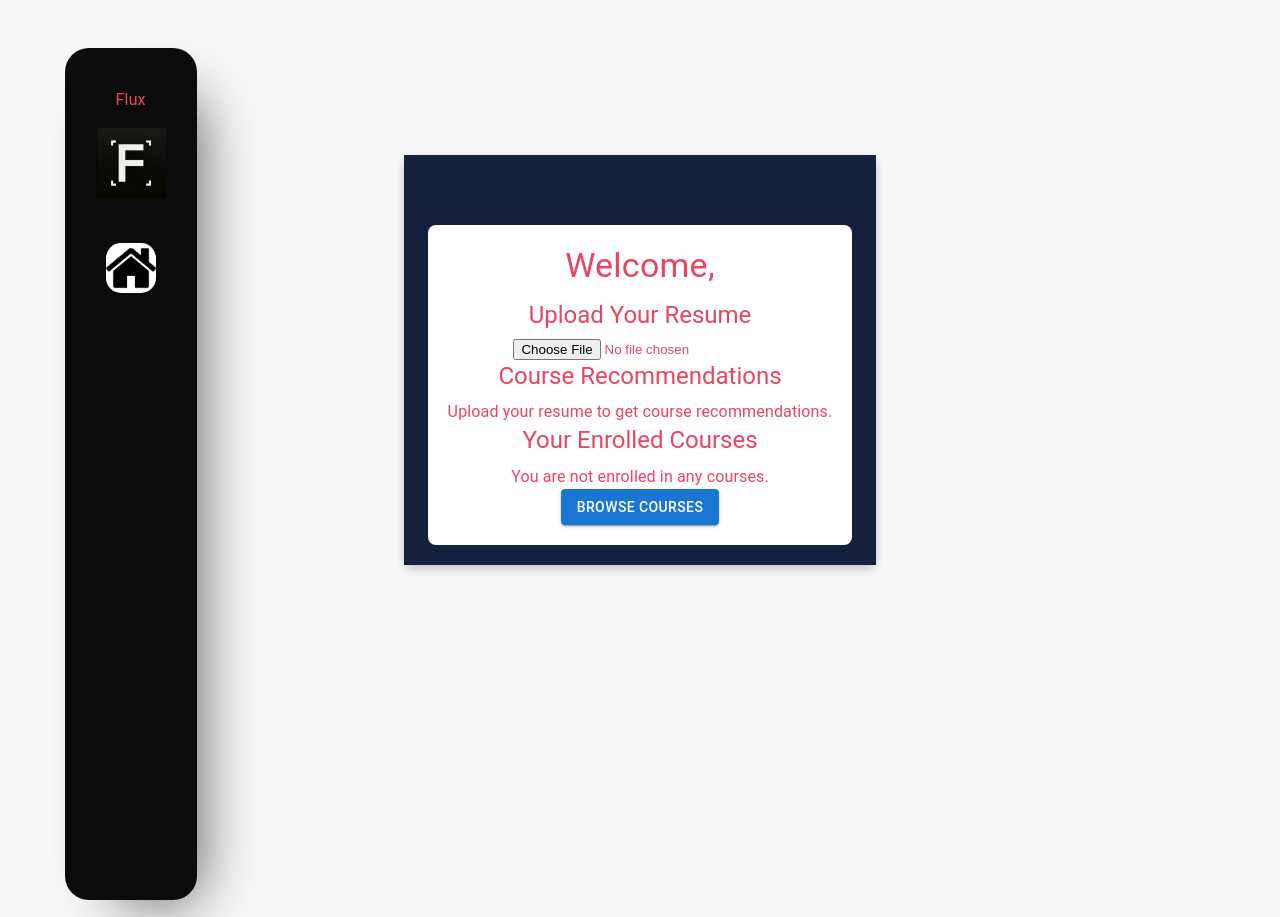
Repository: jvt2/OnlineCourseApp
Page: /dashboard
The author's editor kept a copy of each file at every save. The page is drawn from the files as they stood at one save, then again after the next save.
The browser window is 1280 px wide. The pictures show the whole page.
The page's requests for data from a server got no answer. The project was rebuilt for these pictures with package versions that can differ from the ones it lists, and the page was loaded fresh each time. No one was signed in, and anything a server would have sent is missing. Also part of the build but not shown: src/features/auth/Register.js, src/features/auth/Login.js, src/features/courses/ResumeUpload.js, src/features/courses/CourseRecommendations.js, src/components/common/MyModal.js, src/features/courses/CourseCatalog.js, src/features/courses/CourseDetail.js, src/components/common/Navbar.js and 3 more. Imported but missing from the stored project, and not drawn on this page: src/app/reportWebVitals.

Above is the page before, as saved 2024-07-15 08:53:56.

### src/index.js
import React from 'react';
import ReactDOM from 'react-dom/client';
import { Provider } from 'react-redux';
import store from './redux/store';
import './index.css';
import App from './app/App';
import reportWebVitals from './app/reportWebVitals';

const root = ReactDOM.createRoot(document.getElementById('root'));
root.render(
  <React.StrictMode>
    <App />
  </React.StrictMode>
);

// If you want to start measuring performance in your app, pass a function
// to log results (for example: reportWebVitals(console.log))
// or send to an analytics endpoint. Learn more: https://bit.ly/CRA-vitals
reportWebVitals();

### src/redux/store.js
// src/redux/store.js

import { configureStore } from '@reduxjs/toolkit';
import userReducer from './userReducer';

const store = configureStore({
  reducer: {
    user: userReducer,
  },
});

export default store;

### src/app/App.js
import { BrowserRouter as Router, Route, Routes } from 'react-router-dom';
import React, { useState } from 'react';
import logo from '../logo.svg';
import './App.css';
import Register from '../features/auth/Register';
import Login from '../features/auth/Login';
import CourseCatalog from '../features/courses/CourseCatalog';
import CourseDetail from '../features/courses/CourseDetail';
import UserDashboard from '../features/dashboard/Dashboard';
import Navbar from '../components/common/Navbar';
import { Provider } from 'react-redux';
import store from '../redux/store'; // import your Redux store here
import Logout from '../features/auth/Logout'; // Import the Logout component
import Chatbot from '../features/chatbot/Chatbot';
import CourseRecommendations from '../features/courses/CourseRecommendations';
import axios from 'axios';
import ResumeUpload from '../features/courses/ResumeUpload';
import LandingPage from '../components/common/LandingPage';

function App() {
  const [loggedIn, setLoggedIn] = useState(false);
  const [users, setUsers] = useState([]);
  const [currentUser, setCurrentUser] = useState(null);
  const [recommendations, setRecommendations] = useState([]);

  const handleResumeUpload = (newRecommendations) => {
    console.log('New Recommendations:', newRecommendations);
    setRecommendations(newRecommendations);
  };

  const [courses, setCourses] = useState([
    {id: 1, name: 'Course 1', description: 'This is course 1'},
    {id: 2, name: 'Course 2', description: 'This is course 2'}
  ]);

  const handleRegister = async (username, password) => {
    try {
      const response = await axios.post('http://localhost:3001/register', { username, password });
      alert(response.data.message);
      // Log in the new user if registration is successful
      handleLogin(username, password);
    } catch (error) {
      alert(error.response.data.message);
    }
  };

  const handleLogin = async (username, password) => {
    try {
      const response = await axios.post('http://localhost:3001/login', { username, password });
      localStorage.setItem('token', response.data.token);
      setLoggedIn(true);
      setCurrentUser({ username });
    } catch (error) {
      alert('Login failed. Please check your username and password.');
    }
  };

  const handleEnroll = async (course) => {
    try {
      const token = localStorage.getItem('token');
      await axios.post('http://localhost:3001/enroll', { courseId: course.id }, {
        headers: { 'Authorization': `Bearer ${token}` }
      });
      setEnrolledCourses([...enrolledCourses, course]);
    } catch (error) {
      console.error('Enrollment failed', error);
    }
  };

  const [enrolledCourses, setEnrolledCourses] = useState([]);
  const [isModalOpen, setIsModalOpen] = useState(false);

  const handleSelectRecommendation = (recommendation) => {
    const newCourse = {
      id: courses.length + 1,
      name: recommendation.text,
      description: 'This is a recommended course based on your resume.'
    };

    setCourses([...courses, newCourse]);
    setEnrolledCourses([...enrolledCourses, newCourse]);
    setIsModalOpen(false);
  };

  return (
    <Provider store={store}>
      <Router>
        <div className="App">
          <Routes>
            <Route path="/" element={<LandingPage />} />
            <Route path="/register" element={<Register />} />
            <Route path="/login" element={<Login />} />
            <Route path="/dashboard" element={<UserDashboard />} /> {/* Added this line */}
          </Routes>
        </div>
      </Router>
    </Provider>
  );
}

export default App;

### src/redux/userReducer.js
// src/redux/userReducer.js
// src/redux/userReducer.js
import { createSlice } from '@reduxjs/toolkit';

const initialState = {
  id: null,
  email: null,
  token: null,
};

const userSlice = createSlice({
  name: 'user',
  initialState,
  reducers: {
    logIn(state, action) {
      state.id = action.payload.id;
      state.email = action.payload.email;
      state.token = action.payload.token;
    },
    logOut(state) {
      state.id = null;
      state.email = null;
      state.token = null;
    },
  },
});

export const { logIn, logOut } = userSlice.actions;
export default userSlice.reducer;

### src/app/App.css
/* App.css */
:root {
  --primary-bg-color: #1E1E2F;
  --secondary-bg-color: #282840;
  --primary-text-color: #F5F5F5;
  --link-color: #61dafb;
  --accent-color: #FF6B6B;
  --navbar-height: 4rem;
  --content-padding: 20px;
  --border-radius: 8px;
  --transition-duration: 0.3s;
  --gradient-bg-color: linear-gradient(120deg, #84fab0 0%, #8fd3f4 100%);
}

.App {
  text-align: center;
  font-family: 'Arial', sans-serif;
  background-color: var(--primary-bg-color);
}

.App-logo {
  height: 40vmin;
  pointer-events: none;
  filter: drop-shadow(0 0 10px var(--accent-color));
}

.App-header {
  background-color: var(--secondary-bg-color);
  min-height: 100vh;
  display: flex;
  flex-direction: column;
  align-items: center;
  justify-content: center;
  font-size: calc(10px + 2vmin);
  color: var(--primary-text-color);
  border-bottom-left-radius: var(--border-radius);
  border-bottom-right-radius: var(--border-radius);
}

.App-link {
  color: var(--link-color);
  transition: color var(--transition-duration);
}

.App-link:hover {
  color: var(--accent-color);
}

@media (prefers-reduced-motion: no-preference) {
  .App-logo {
    animation: App-logo-spin infinite 20s linear;
  }
}

@keyframes App-logo-spin {
  from {
    transform: rotate(0deg);
  }
  to {
    transform: rotate(360deg);
  }
}

.site-navbar {
  display: flex;
  align-items: center;
  background: var(--gradient-bg-color);
  padding: 10px 20px;
  height: var(--navbar-height);
  font-weight: 500;
  box-shadow: 0 4px 6px rgba(0, 0, 0, 0.1);
}

.navbar-nav {
  display: flex;
  align-items: center;
  list-style: none;
  margin: 0;
  padding: 0;
  flex-grow: 1;
  justify-content: center;
}

.nav-item {
  display: flex;
  align-items: center;
  justify-content: center;
  text-decoration: none;
  color: var(--primary-text-color);
  padding: 15px 25px;
  transition: all 0.3s ease-in-out;
  border-radius: var(--border-radius);
  position: relative;
}

.nav-item:before {
  content: '';
  position: absolute;
  top: 0;
  left: 0;
  width: 0;
  height: 100%;
  background: var(--accent-color);
  border-radius: var(--border-radius);
  transition: width 0.3s ease-in-out;
  z-index: -1;
}

.nav-item:hover:before {
  width: 100%;
}

.nav-item:hover {
  color: var(--secondary-bg-color);
  box-shadow: 0 4px 8px rgba(0, 0, 0, 0.2);
  text-decoration: none;
}

.navbar-brand {
  margin-right: auto;
  color: var(--primary-text-color);
  font-size: 1.5em;
  font-weight: bold;
}

.App-content {
  padding: var(--content-padding);
  color: var(--primary-text-color);
}

.App-footer {
  text-align: center;
  padding: var(--content-padding);
  background-color: var(--secondary-bg-color);
  color: var(--primary-text-color);
  box-shadow: 0 -4px 6px rgba(0, 0, 0, 0.1);
}

.course-recommendations {
  width: 80%;
  margin: auto;
  background: #f9f9f9;
  padding: 20px;
  border-radius: 5px;
  box-shadow: 0px 0px 10px rgba(0, 0, 0, 0.1);
}

.course-recommendations h2 {
  text-align: center;
  color: #333;
}

.course-recommendations .course {
  padding: 10px 0;
  border-bottom: 1px solid #eee;
}

.course-recommendations .course:last-child {
  border-bottom: none;
}

.course-recommendations .course button {
  margin-left: 10px;
}

body {
  background-color: #1a1a2e;
  color: #e94560;
}

.MuiContainer-root {
  background-color: #16213e;
  border-radius: 8px;
  padding: 20px;
  box-shadow: 0 4px 8px rgba(0, 0, 0, 0.2);
}

.customTextField .MuiInputBase-input {
  color: #fff;
  background-color: rgba(255, 255, 255, 0.1);
}

.customTextField .MuiInputLabel-root {
  color: rgba(255, 255, 255, 0.7);
}

.customTextField .MuiInputLabel-root.Mui-focused {
  color: #fff;
}

.customTextField .MuiOutlinedInput-root {
  &.Mui-focused .MuiOutlinedInput-notchedOutline {
    border-color: #fff;
  }
  & .MuiOutlinedInput-notchedOutline {
    border-color: rgba(255, 255, 255, 0.5);
  }
}

### src/features/dashboard/Dashboard.js
// src/features/dashboard/Dashboard.js
import React, { useEffect, useState } from 'react';
import axios from 'axios';
import { useSelector } from 'react-redux';
import { Container, Typography, Button, Box, List, ListItem, ListItemText } from '@mui/material';
import { useNavigate } from 'react-router-dom';
import './Dashboard.css'; // Correct import for CSS

function Dashboard() {
  const [enrolledCourses, setEnrolledCourses] = useState([]);
  const [recommendations, setRecommendations] = useState([]);
  const token = useSelector(state => state.user.token);
  const userId = useSelector(state => state.user.id);
  const userEmail = useSelector(state => state.user.email);
  const navigate = useNavigate();

  useEffect(() => {
    const fetchEnrolledCourses = async () => {
      try {
        const response = await axios.get(`http://localhost:3001/user/${userId}/courses`, {
          headers: { Authorization: `Bearer ${token}` }
        });
        setEnrolledCourses(response.data);
      } catch (error) {
        console.error('Error fetching enrolled courses:', error);
      }
    };

    const fetchRecommendations = async () => {
      try {
        const response = await axios.get(`http://localhost:3001/user/${userId}/recommendations`, {
          headers: { Authorization: `Bearer ${token}` }
        });
        setRecommendations(response.data);
      } catch (error) {
        console.error('Error fetching recommendations:', error);
      }
    };

    fetchEnrolledCourses();
    fetchRecommendations();
  }, [userId, token]);

  const handleResumeUpload = async (event) => {
    const formData = new FormData();
    formData.append('resume', event.target.files[0]);

    try {
      const response = await axios.post('http://localhost:3001/uploadResume', formData, {
        headers: {
          'Content-Type': 'multipart/form-data',
          Authorization: `Bearer ${token}`,
        },
      });
      setRecommendations(response.data.recommendations);
    } catch (error) {
      console.error('Error uploading resume:', error);
    }
  };

  return (
    <Container component="main" maxWidth="md">
      <Box className="sidebar">
        <div className="sidebar-blur"></div>
        <div className="sidebar-main">
          <Typography className="sidebar-logo">Flux</Typography>
          <div className="sidebar-icon icon-home"></div>
          <div className="sidebar-icon icon-graduation"></div>
          <div className="sidebar-icon icon-user"></div>
          <div className="sidebar-icon icon-message"></div>
          <div className="sidebar-icon icon-settings"></div>
          <div className="sidebar-icon icon-logout"></div>
        </div>
      </Box>
      <Box className="dashboard-container">
        <Typography className="dashboard-header" variant="h4" gutterBottom>
          Welcome, {userEmail}
        </Typography>
        <Box className="upload-container">
          <Typography variant="h5" gutterBottom>
            Upload Your Resume
          </Typography>
          <input type="file" onChange={handleResumeUpload} accept=".pdf,.doc,.docx,.txt" />
        </Box>
        <Box className="recommendations-container">
          <Typography variant="h5" gutterBottom>
            Course Recommendations
          </Typography>
          {recommendations.length > 0 ? (
            <List>
              {recommendations.map((rec, index) => (
                <ListItem key={index}>
                  <ListItemText primary={rec.title} secondary={rec.description} />
                </ListItem>
              ))}
            </List>
          ) : (
            <Typography variant="body1">Upload your resume to get course recommendations.</Typography>
          )}
        </Box>
        <Box className="enrolled-courses-container">
          <Typography variant="h5" gutterBottom>
            Your Enrolled Courses
          </Typography>
          {enrolledCourses.length > 0 ? (
            <List>
              {enrolledCourses.map(course => (
                <ListItem key={course.id}>
                  <ListItemText primary={course.name} />
                </ListItem>
              ))}
            </List>
          ) : (
            <Typography variant="body1">You are not enrolled in any courses.</Typography>
          )}
        </Box>
        <Box className="button-container">
          <Button variant="contained" color="primary" onClick={() => navigate('/courses')}>
            Browse Courses
          </Button>
        </Box>
      </Box>
    </Container>


  );
}

export default Dashboard;

### src/features/auth/Logout.js
// Logout.js
import { useEffect } from 'react';
import { useDispatch } from 'react-redux';
import { useNavigate } from 'react-router-dom';
import { logOut } from '../../redux/reducers/userslice'; // Import the logOut action

function Logout() {
  const navigate = useNavigate();
  const dispatch = useDispatch();

  useEffect(() => {
    localStorage.removeItem('token'); // Remove the token from local storage
    dispatch(logOut()); // Dispatch the logOut action
    navigate('/login'); // Navigate to the login page
  }, [dispatch, navigate]);

  return null;
}

export default Logout;

### src/components/common/LandingPage.css
body {
    display: flex;
    justify-content: center;
    align-items: center;
    height: 100vh;
    background-color: #f7f7f7;
    margin: 0;
    font-family: 'Roboto', sans-serif;
  }

  .sign-in-container {
    display: flex;
    justify-content: center;
    align-items: center;
    height: 100%;
    width: 100%;
  }

  .sign-in-form {
    background-color: white;
    padding: 60px;
    border-radius: 10px;
    box-shadow: 0 4px 8px rgba(0, 0, 0, 0.1);
    text-align: center;
    max-width: 600px;
    width: 90%;
  }

  .logo {
    width: 200px;
    height: 200px;
    margin-bottom: 30px;
    background-color: white;
    border-radius: 10px;
  }

  h1 {
    margin: 0;
    font-size: 32px;
    font-weight: 700;
  }

  .subtitle {
    margin: 10px 0;
    color: #555;
    font-size: 18px;
  }

  .google-sign-in {
    background-color: #ffffff;
    color: #000;
    border: 1px solid #ccc;
    padding: 15px;
    width: 100%;
    border-radius: 5px;
    margin-bottom: 30px;
    display: flex;
    justify-content: center;
    align-items: center;
    cursor: pointer;
    font-size: 18px;
    font-weight: 500;
    transition: background-color 0.3s;
  }

  .google-sign-in:hover {
    background-color: #f0f0f0;
  }

  .google-logo {
    width: 25px;
    margin-right: 10px;
  }

  .separator {
    display: flex;
    align-items: center;
    text-align: center;
    margin: 30px 0;
    color: #aaa;
    font-size: 18px;
  }

  .separator::before,
  .separator::after {
    content: '';
    flex: 1;
    border-bottom: 1px solid #ccc;
  }

  .separator:not(:empty)::before {
    margin-right: .5em;
  }

  .separator:not(:empty)::after {
    margin-left: .5em;
  }

  .email-input,
  .password-input {
    width: 100%;
    padding: 15px;
    margin-bottom: 30px;
    border: 1px solid #ccc;
    border-radius: 5px;
    font-size: 18px;
    transition: border-color 0.3s;
  }

  .email-input:focus,
  .password-input:focus {
    border-color: #007bff;
    outline: none;
  }

  .continue-button {
    background-color: #9b51e0;
    color: white;
    border: none;
    padding: 15px;
    width: 100%;
    border-radius: 5px;
    font-size: 18px;
    font-weight: 500;
    cursor: pointer;
    transition: background-color 0.3s;
    margin-bottom: 10px; /* Add margin to separate the buttons */
  }

  .continue-button:hover {
    background-color: #7a3bc0;
  }

  .email-error {
    color: red;
    margin-top: 10px;
    font-size: 14px;
  }


  .back-button {
    background-color: #ccc;
    color: white;
    border: none;
    padding: 15px;
    width: 100%;
    border-radius: 5px;
    font-size: 18px;
    font-weight: 500;
    cursor: pointer;
    transition: background-color 0.3s;
    margin-bottom: 10px; /* Add margin to separate the buttons */
  }

  .back-button:hover {
    background-color: #aaa;
  }

  .sign-up-link {
    margin-top: 30px;
    color: #aaa;
    font-size: 18px;
  }

  .sign-up-link a {
    color: #9b51e0;
    text-decoration: none;
  }

  .sign-up-link a:hover {
    text-decoration: underline;
  }

### src/features/dashboard/Dashboard.css
/* Dashboard CSS */

/* General styles for the dashboard */
.dashboard-container {
    background: #FFFFFF;
    padding: 20px;
    border-radius: 8px;
    margin-top: 50px;
    text-align: center;
  }

  /* Sidebar styles */
  .sidebar {
    position: absolute;
    width: 132px;
    height: 853.12px;
    left: 32.34px;
    top: 24.02px;
    display: flex;
    flex-direction: column;
    align-items: center;
    justify-content: space-around; /* Evenly distribute space around the items */
    padding: 20px 0;
  }

  .sidebar-blur {
    position: absolute;
    width: 81.01px;
    height: 804px;
    left: 83.32px;
    top: 73.14px;
    background: #0C0B0B;
    opacity: 0.7;
    filter: blur(30px);
    border-radius: 24px;
  }

  .sidebar-main {
    position: absolute;
    width: 132px;
    height: 852px;
    left: 32.34px;
    top: 24.02px;
    background: #0C0B0B;
    border-radius: 24px;
  }

  .sidebar-logo {
    position: absolute;
    width: 70px;
    height: 150px;
    left: 74.46px;
    top: 39.67px;
    font-family: 'Baloo Bhai';
    font-style: normal;
    font-weight: 400;
    font-size: 64px;
    line-height: 102px;
    background-image: url('/public/assets/F_icon.png');
    background-size: contain;
    background-position: center;
    background-repeat: no-repeat;
    position: absolute;
    left: 50%;
    transform: translateX(-50%);
    margin-bottom: 40px; /* Adjust as needed */
  }

  .sidebar-icon {
    position: absolute;
    width: 26px;
    height: 26px;
    left: 85.15px;
    margin-bottom: 30px; /* Adjust as needed */
  }

  .sidebar-icon.icon-home {
    width: 50px;
    height: 50px;
    background-image: url('/public/assets/home-icon-1.png');
    border-radius: 30%;
    position: absolute;
    left: 50%;
    transform: translateX(-50%);
    background-size: contain;
    background-repeat: no-repeat;
    top:22.84%;
  }

  .icon-graduation {
    top: 32.84%;
    background-position: center;
  }

  .icon-user {
    top: 42.46%;
    background-position: center;
  }

  .icon-message {
    top: 52.44%;
    background-position: center;
  }

  .icon-settings {
    top: 62.11%;
  }

  .icon-logout {
    top: 89.95%;
    background-position: center;
  }

  .icon-background {
    background: #FFFFFF;
    background-position: center;
  }

### src/redux/reducers/userslice.js
import { createSlice } from '@reduxjs/toolkit';

const userSlice = createSlice({
  name: 'user',
  initialState: { name: '', loggedIn: false },
  reducers: {
    logIn: (state, action) => {
      state.name = action.payload.name;
      state.loggedIn = true;
    },
    logOut: (state) => {
      state.name = '';
      state.loggedIn = false;
    }
  }
});

export const { logIn, logOut } = userSlice.actions;
export default userSlice.reducer;

Loaded but not shown: public/index.html (common file); src/index.css (common file)

After the next save:
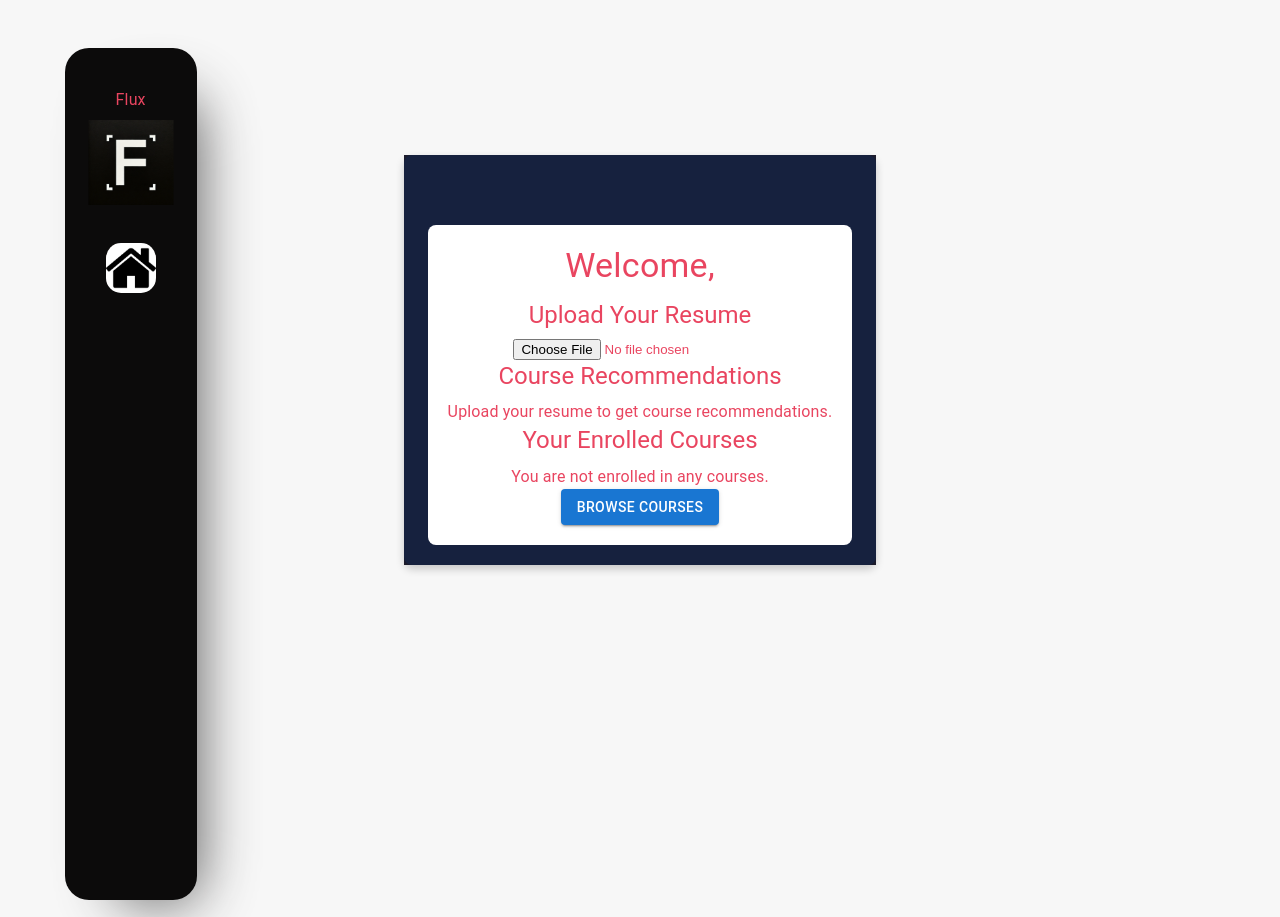
Saved 9 s later.
--- a/src/features/dashboard/Dashboard.css
+++ b/src/features/dashboard/Dashboard.css
@@ -47,7 +47,7 @@
 
   .sidebar-logo {
     position: absolute;
-    width: 70px;
+    width: 85px;
     height: 150px;
     left: 74.46px;
     top: 39.67px;
